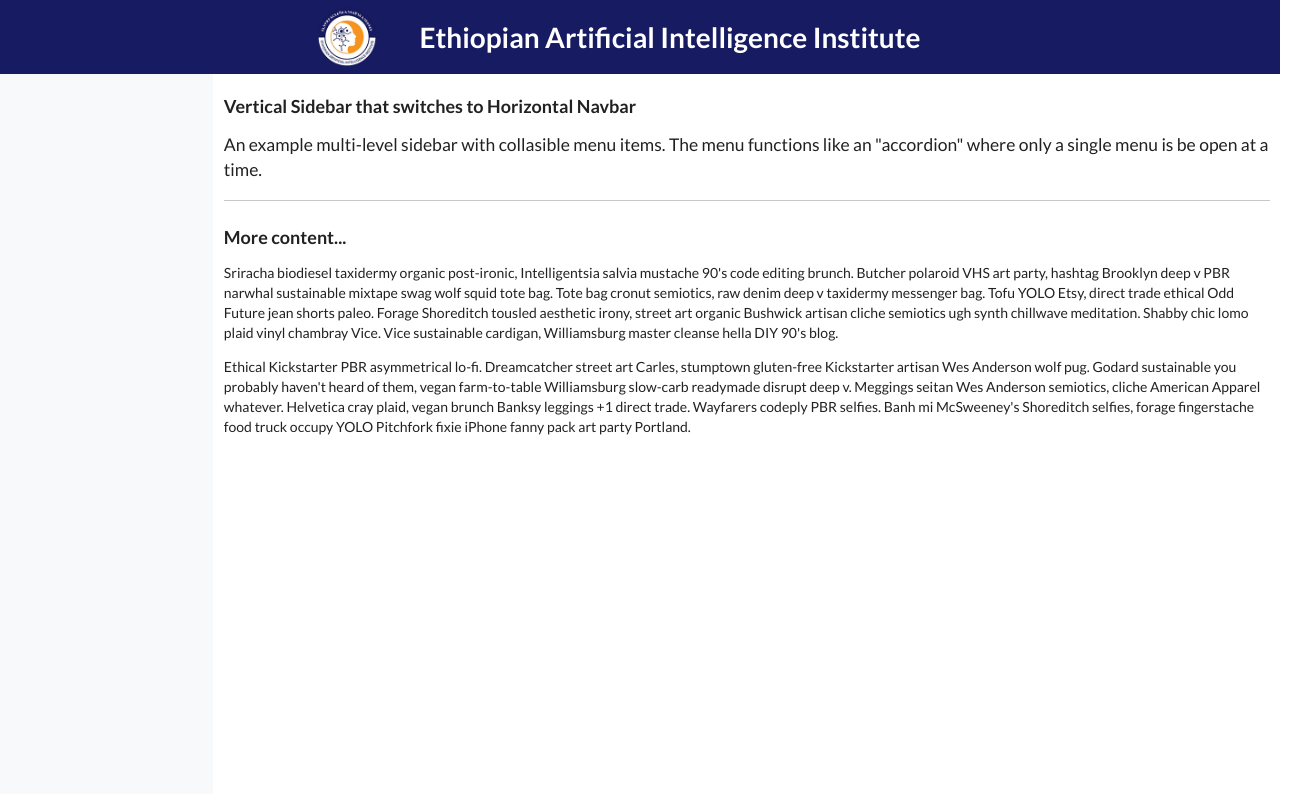
Repository: degagawolde/lung-disease-detection-webapp
Page: DiseaseClassification/templates/index.html
The author's editor kept a copy of each file at every save. The page is drawn from the files as they stood at one save, then again after the next save.
The browser window is 1280 px wide. The page is 1280 px wide, then 1291 px, so the pictures cover 1291 px, including what lies to the right of the window. The pictures show the whole page.
Some web libraries are served in a nearby version. The page is served by the project's application, run on Django 4.2 (manage.py). Other server files are loaded and not shown. The template is opened directly, without the code that normally fills it, so the values that code supplies are empty.

Above is the page before, as saved 2022-09-25 17:30:46.

### templates/index.html
<!DOCTYPE html>
{% load static %}
<link
rel = "stylesheet"
type = "text/css"
href = "{% static '/bootstrap/css/bootstrap.min.css' %}"
/>
<html lang="en">
<head>
    <style>
        @media (min-width: 576px) {
            .h-sm-100 {
                height: 100%;
            }
        }
    </style>
    <!-- Required meta tags -->
    <meta charset="utf-8">
    <meta name="viewport" content="width=device-width, initial-scale=1, shrink-to-fit=no">
    <!-- semantic UI -->
    <link rel="stylesheet" type='text/css'
        href="https://cdnjs.cloudflare.com/ajax/libs/semantic-ui/2.2.14/semantic.min.css">
    <!--Chart js-->
    <script src="https://cdnjs.cloudflare.com/ajax/libs/Chart.js/2.8.0/Chart.min.js"
        integrity="sha256-Uv9BNBucvCPipKQ2NS9wYpJmi8DTOEfTA/nH2aoJALw=" crossorigin="anonymous"></script>
    <link rel="stylesheet" href="https://cdnjs.cloudflare.com/ajax/libs/Chart.js/2.8.0/Chart.min.css"
        integrity="sha256-aa0xaJgmK/X74WM224KMQeNQC2xYKwlAt08oZqjeF0E=" crossorigin="anonymous" />
    <!-- jQuery -->
    <script src="https://code.jquery.com/jquery-3.3.1.min.js"></script>
</head>
<body>

    <nav class="navbar justify-content-center" style="background-color: #171b62;">
        <img src="{% static 'images/logo.png' %}" width="60" height="60" class="d-inline-block align-top" alt="">
    <div class="px-5">
        <h1 style="color: white;">Ethiopian Artificial Intelligence Institute</h1>
    </div>
    </nav>
    <div class="container-fluid overflow-hidden">
    <div class="row vh-100 overflow-auto">
        <div class="col-12 col-sm-3 col-xl-2 px-sm-2 px-0 bg-light d-flex sticky-top">

        </div>
        <div class="col d-flex flex-column h-sm-100">
            <main class="row overflow-auto">
                <div class="col pt-4">
                    <h3>Vertical Sidebar that switches to Horizontal Navbar</h3>
                    <p class="lead">An example multi-level sidebar with collasible menu items. The menu functions like an "accordion" where only a single menu is be open at a time.</p>
                    <hr />
                    <h3>More content...</h3>
                    <p>Sriracha biodiesel taxidermy organic post-ironic, Intelligentsia salvia mustache 90's code editing brunch. Butcher polaroid VHS art party, hashtag Brooklyn deep v PBR narwhal sustainable mixtape swag wolf squid tote bag. Tote bag cronut semiotics, raw denim deep v taxidermy messenger bag. Tofu YOLO Etsy, direct trade ethical Odd Future jean shorts paleo. Forage Shoreditch tousled aesthetic irony, street art organic Bushwick artisan cliche semiotics ugh synth chillwave meditation. Shabby chic lomo plaid vinyl chambray Vice. Vice sustainable cardigan, Williamsburg master cleanse hella DIY 90's blog.</p>
                    <p>Ethical Kickstarter PBR asymmetrical lo-fi. Dreamcatcher street art Carles, stumptown gluten-free Kickstarter artisan Wes Anderson wolf pug. Godard sustainable you probably haven't heard of them, vegan farm-to-table Williamsburg slow-carb readymade disrupt deep v. Meggings seitan Wes Anderson semiotics, cliche American Apparel whatever. Helvetica cray plaid, vegan brunch Banksy leggings +1 direct trade. Wayfarers codeply PBR selfies. Banh mi McSweeney's Shoreditch selfies, forage fingerstache food truck occupy YOLO Pitchfork fixie iPhone fanny pack art party Portland.</p>
                </div>
            </main>
        </div>
    </div>
</div>
     {% block content %}
     {% endblock %}
        </main>
</body>
</html>

### LungDiseaseDetection/urls.py
"""LungDiseaseDetection URL Configuration

The `urlpatterns` list routes URLs to views. For more information please see:
    https://docs.djangoproject.com/en/4.0/topics/http/urls/
Examples:
Function views
    1. Add an import:  from my_app import views
    2. Add a URL to urlpatterns:  path('', views.home, name='home')
Class-based views
    1. Add an import:  from other_app.views import Home
    2. Add a URL to urlpatterns:  path('', Home.as_view(), name='home')
Including another URLconf
    1. Import the include() function: from django.urls import include, path
    2. Add a URL to urlpatterns:  path('blog/', include('blog.urls'))
"""
from django.contrib.staticfiles.urls import staticfiles_urlpatterns

from django.contrib import admin
from django.urls import path

from django.contrib import admin
from django.urls import include, path

urlpatterns = [
    path("", include("DiseaseClassification.urls")),
    path('admin/', admin.site.urls)
]

urlpatterns += staticfiles_urlpatterns()

### DiseaseClassification/urls.py
from django.urls import path
from DiseaseClassification import views

urlpatterns = [
    path("", views.home, name="home"),
    path("classify/<name>",views.hello_there,name='classification')
]

Loaded but not shown: static/bootstrap/css/bootstrap.min.css (library)

After the next save:
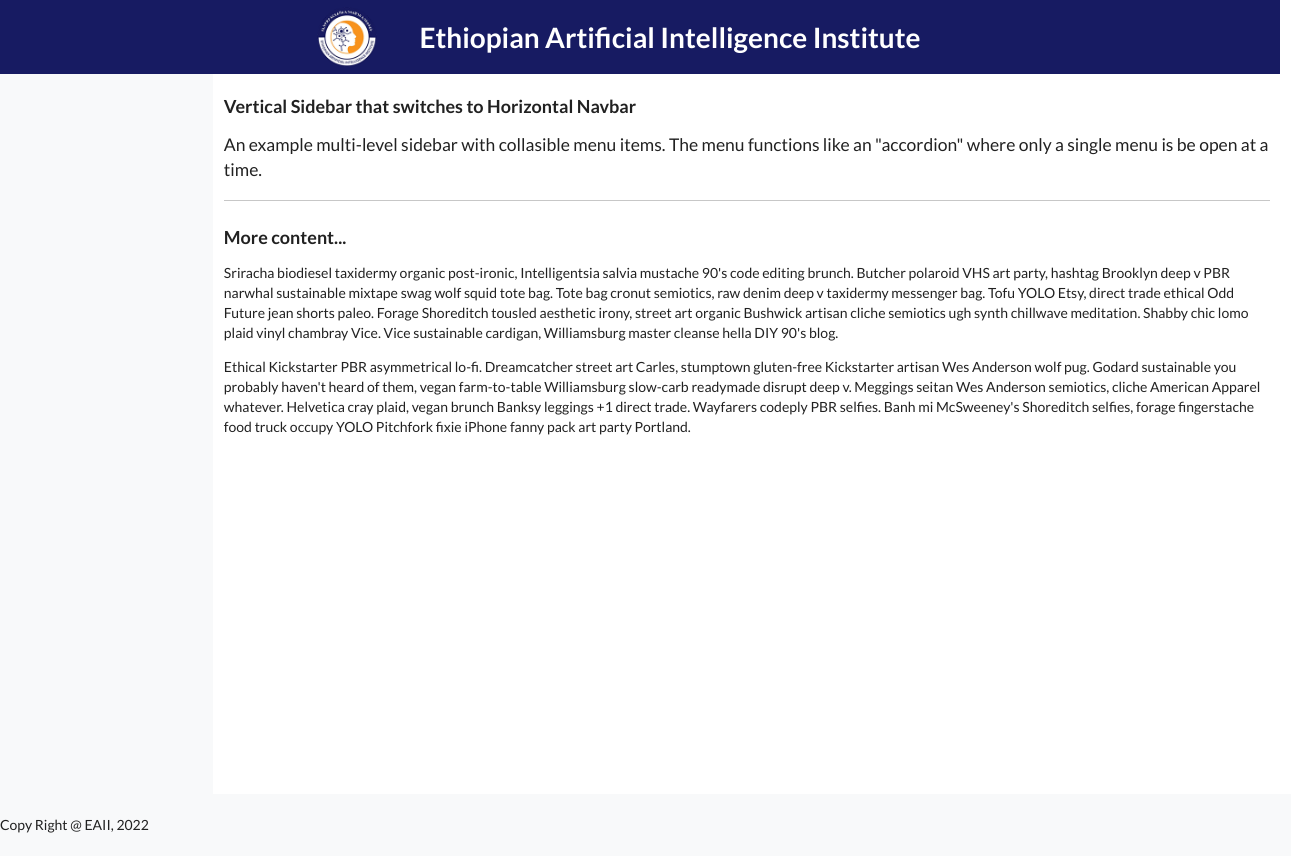
Saved 24 s later.
--- a/templates/index.html
+++ b/templates/index.html
@@ -57,6 +57,10 @@
 </div>
      {% block content %}
      {% endblock %}
-        </main>
+
+ <footer class="row bg-light py-4 mt-auto">
+    <div class="col"> Copy Right @ EAII, 2022 </div>
+</footer>
+
 </body>
 </html>
